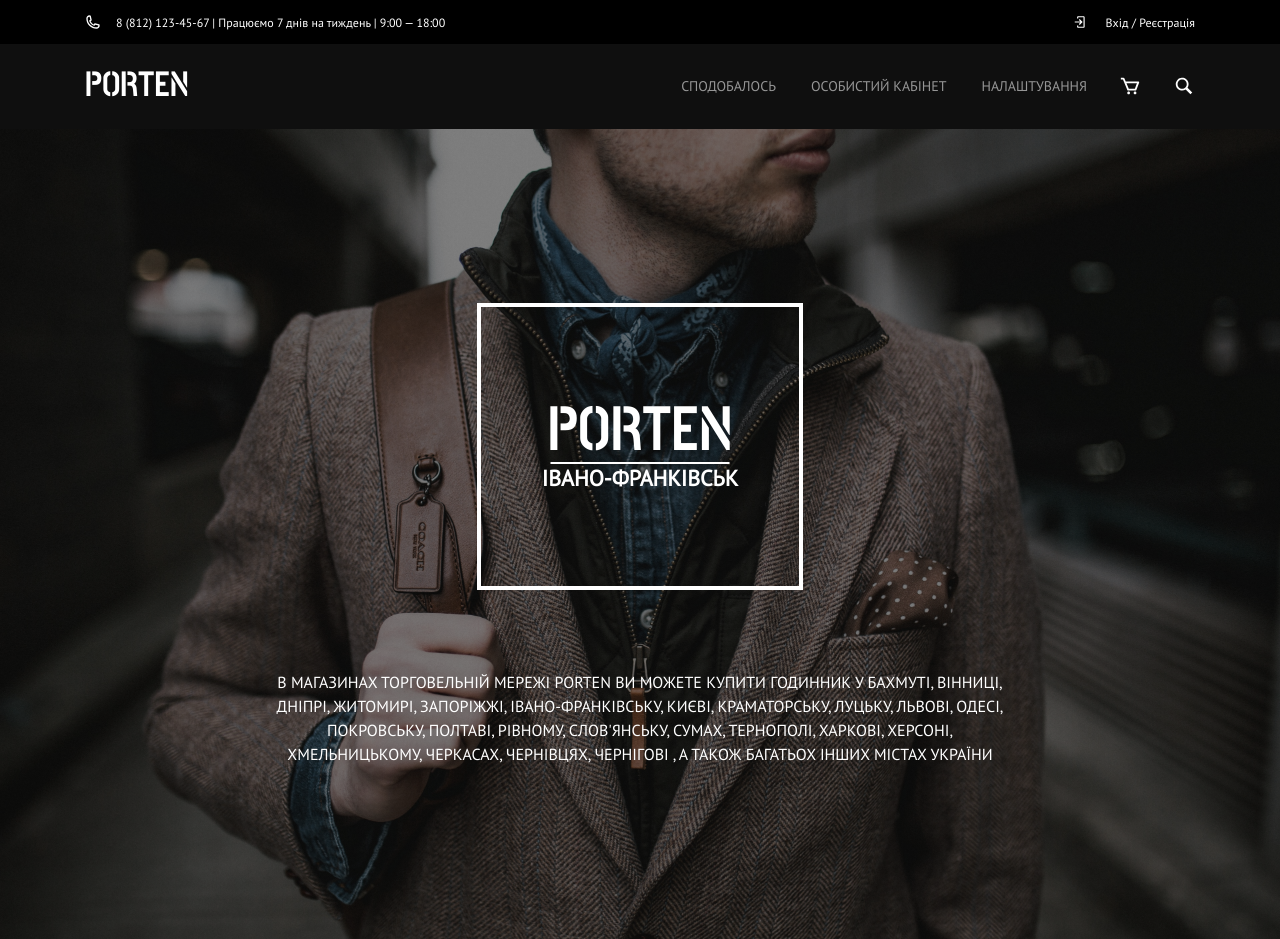
Repository: KYUUBI-K/porten
Page: index.html
These files come from the project's save history. The page is drawn as it stood at one moment and after the next save; the edit follows.
The browser window is 1280 px wide. The pictures show the whole page.

Above is the page before, as saved 2025-09-09 21:46:22.

After the next save:
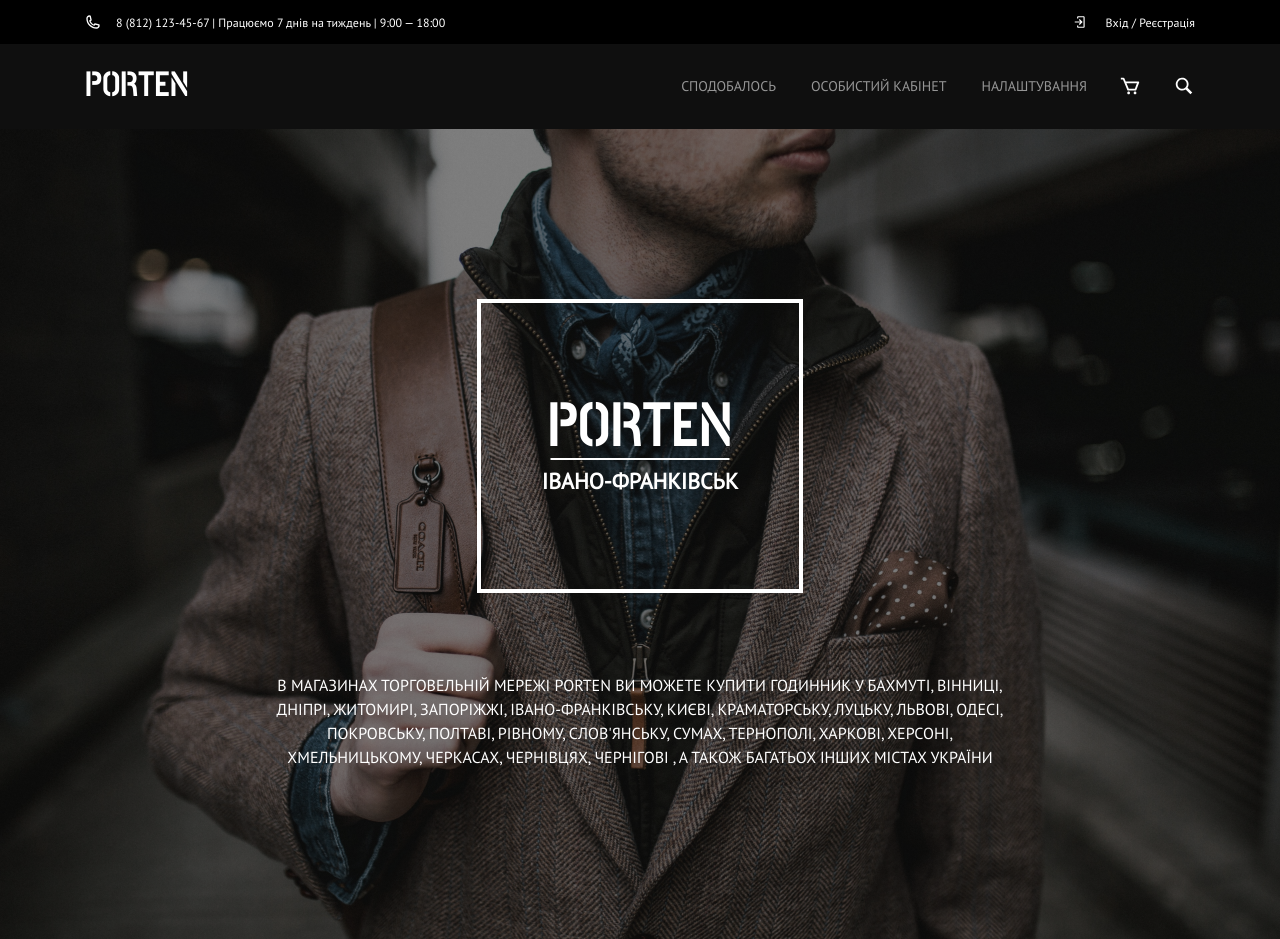
Saved 10 s later.
--- a/styles.css
+++ b/styles.css
@@ -166,6 +166,7 @@
 }
 
 .banner-subtitle {
+  margin-top: 7px;
   font-family: var(--font-family-base);
   font-size: 22px;
 }
